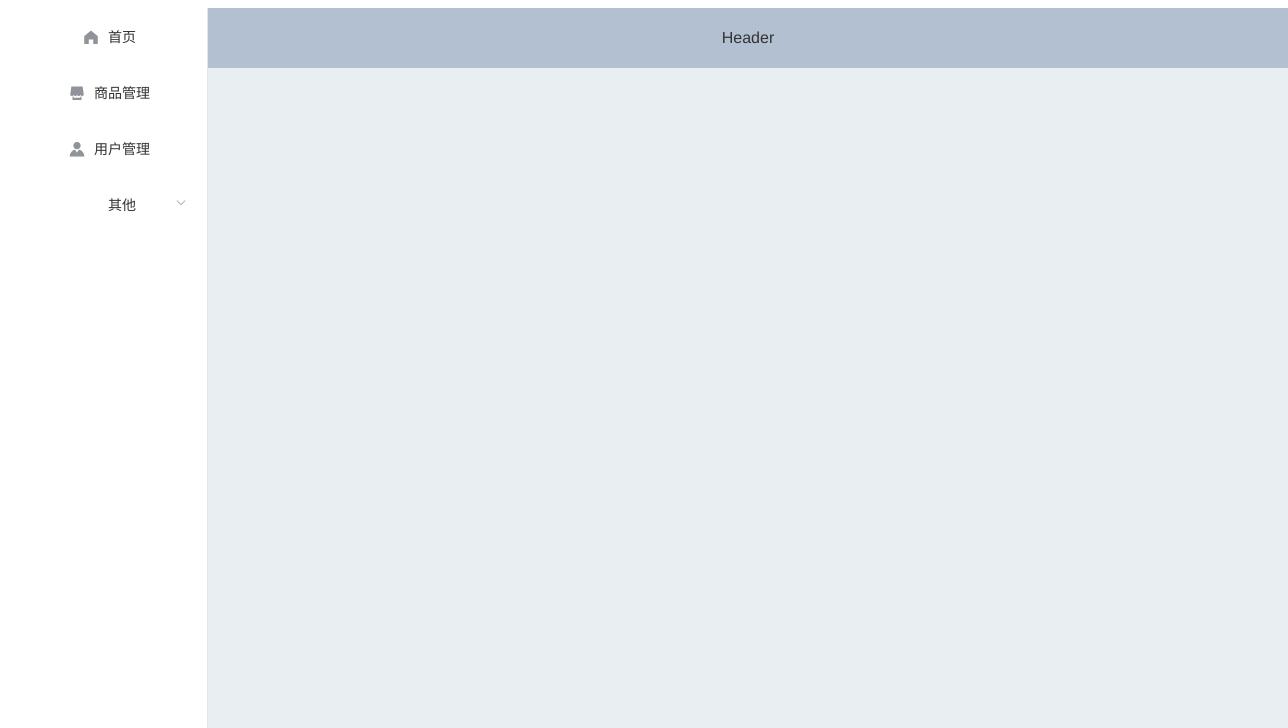
Repository: tkqi/manage
Page: /
The author's editor kept a copy of each file at every save. The page is drawn from the files as they stood at one save, then again after a run of saves.
The browser window is 1280 px wide. The page is 1288 px wide, so the pictures cover 1288 px, including what lies to the right of the window. The pictures show the whole page.
The project was rebuilt for these pictures with package versions that can differ from the ones it lists, and the page was loaded fresh each time. Also part of the build but not shown: vue.config.js.

Above is the page before, as saved 2023-12-01 14:05:36.

After the next 2 saves:
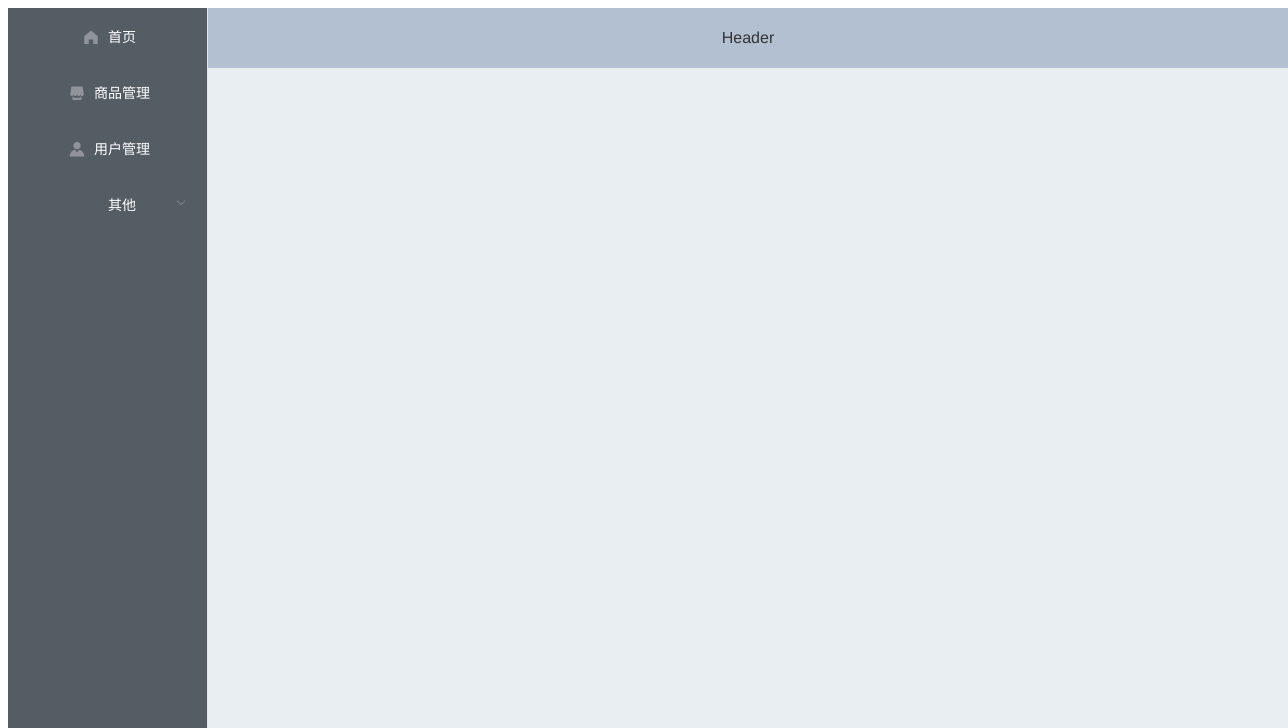
The 2 saves are shown as one change because they came seconds apart.
The last was saved 99 s later.
--- a/src/components/sidebar.vue
+++ b/src/components/sidebar.vue
@@ -1,6 +1,7 @@
 <!-- eslint-disable vue/multi-word-component-names -->
 <template>
-    <el-menu default-active="1-4-1" class="menu" @open="handleOpen" @close="handleClose" :collapse="isCollapse">
+    <el-menu default-active="1-4-1" class="menu" @open="handleOpen" @close="handleClose" :collapse="isCollapse"
+        background-color="#545c64" text-color="#fff" active-text-color="#ffd04b">
         <el-menu-item v-for="item in noChildren" :key="item.name" index="item.name">
             <i :class="`el-icon-${item.icon}`"></i>
             <span slot="title">{{ item.label }}</span>
@@ -10,7 +11,7 @@
                 <i :class="`el-icon-${item.icon}`"></i>
                 <span slot="title">{{ item.label }}</span>
             </template>
-            <el-menu-item-group v-for="subitem in item.children" :key="subitem.name" >
+            <el-menu-item-group v-for="subitem in item.children" :key="subitem.name">
                 <el-menu-item index="subitem.name">{{ subitem.label }}</el-menu-item>
             </el-menu-item-group>
         </el-submenu>
